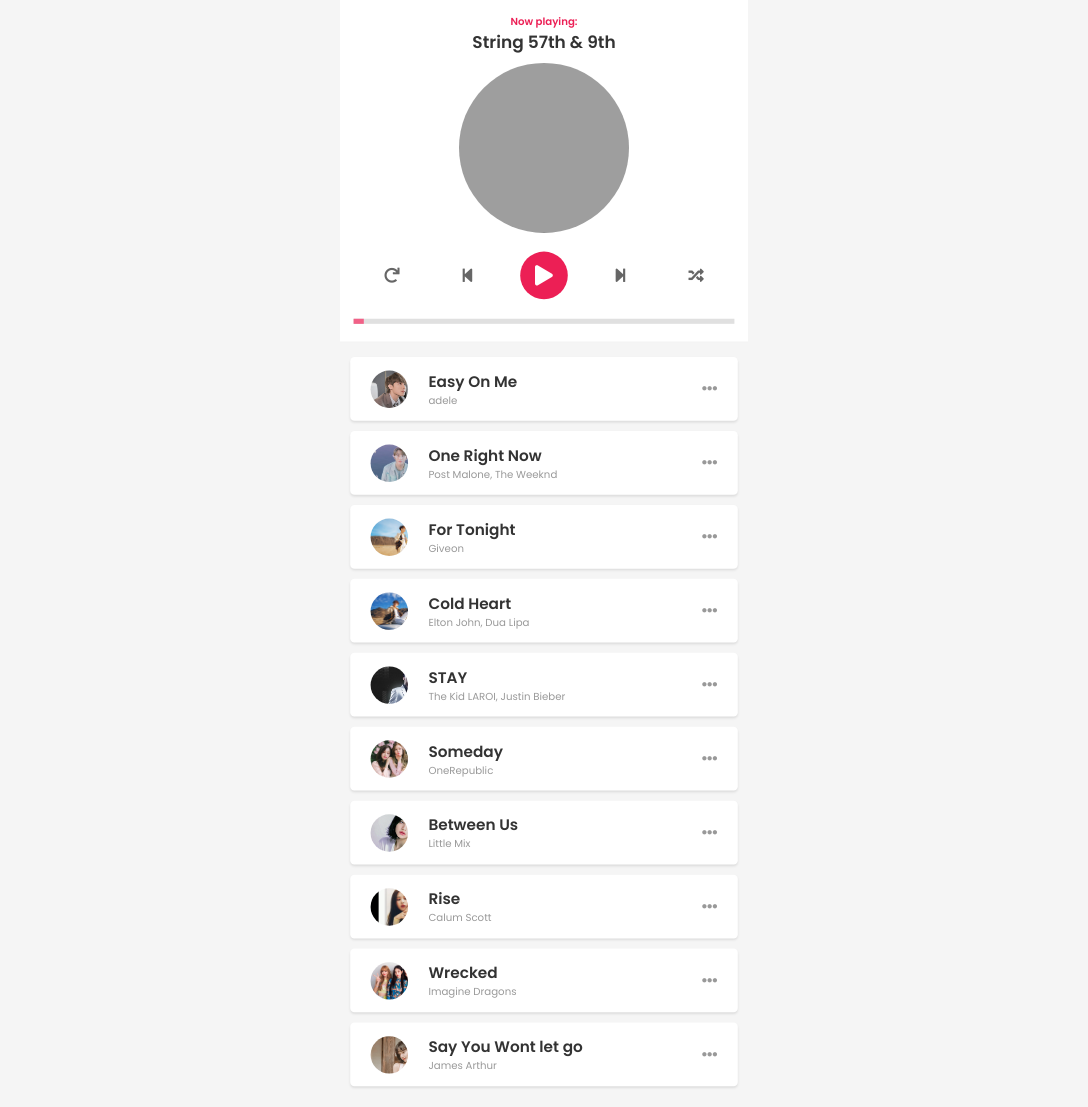
Repository: maivannhan1998/MusicPlayer.github.io
Page: index.html
An editor plug-in stored every save of this project. The page is shown before and after a run of saves, followed by the edit.
The browser window is 1280 px wide. The pictures show the whole page, at 85% of full size.
Pictures or frames that could not be fetched are drawn as grey boxes.

Above is the page before, as saved 2021-11-09 11:21:46.

After the next 2 saves:
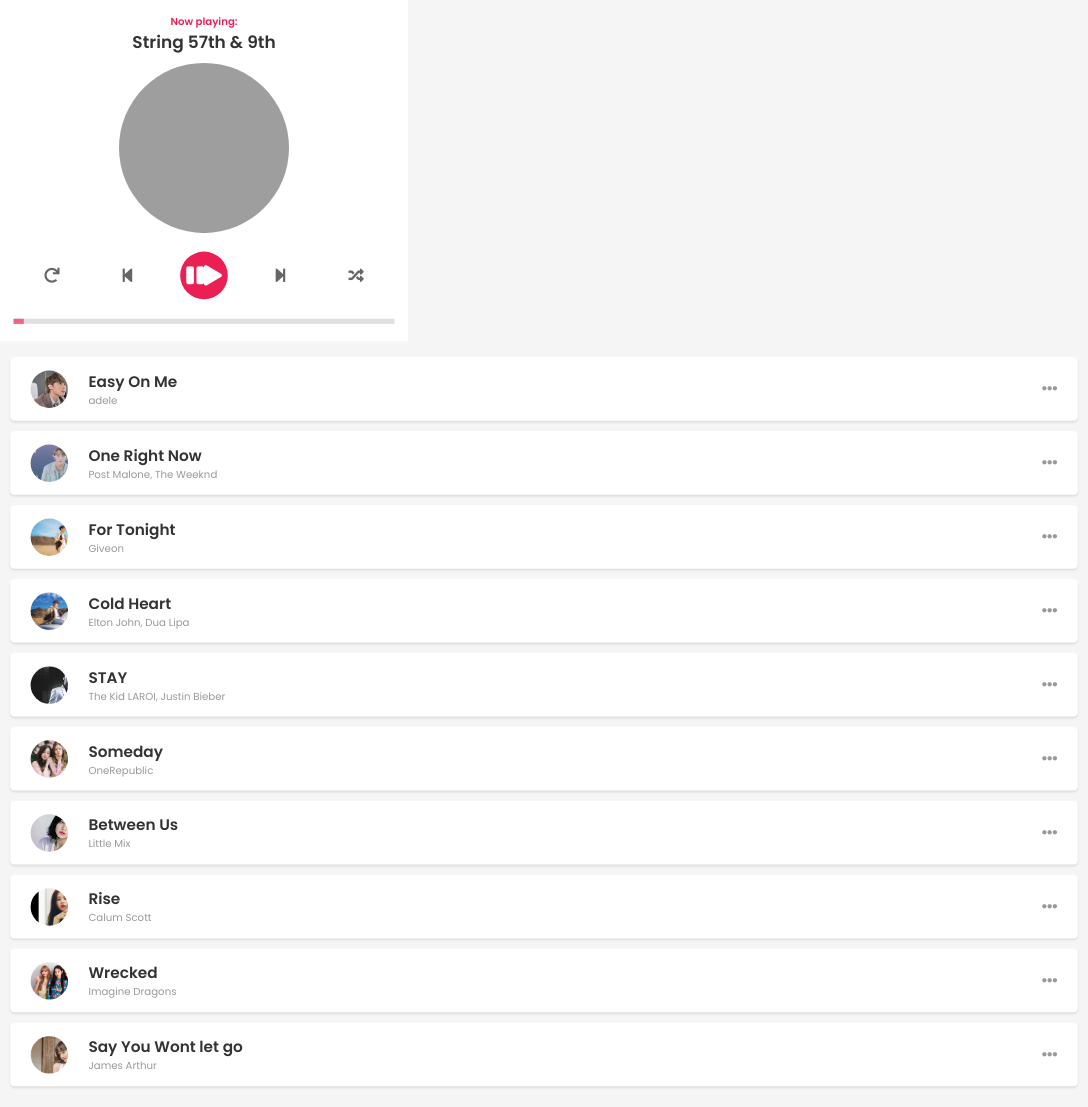
The 2 saves are shown as one change because they came seconds apart.
The last was saved 8 s later.
--- a/index.html
+++ b/index.html
@@ -11,7 +11,7 @@
     <link href="https://fonts.googleapis.com/css2?family=Poppins:wght@300;400;600&display=swap" rel="stylesheet">
 </head>
 <body>
-    <div class="player this.currentIndex]">
+    <div class=" playing">
         <!-- Dashboard -->
         <div class="dashboard">
           <!-- Header -->

After the save that followed:
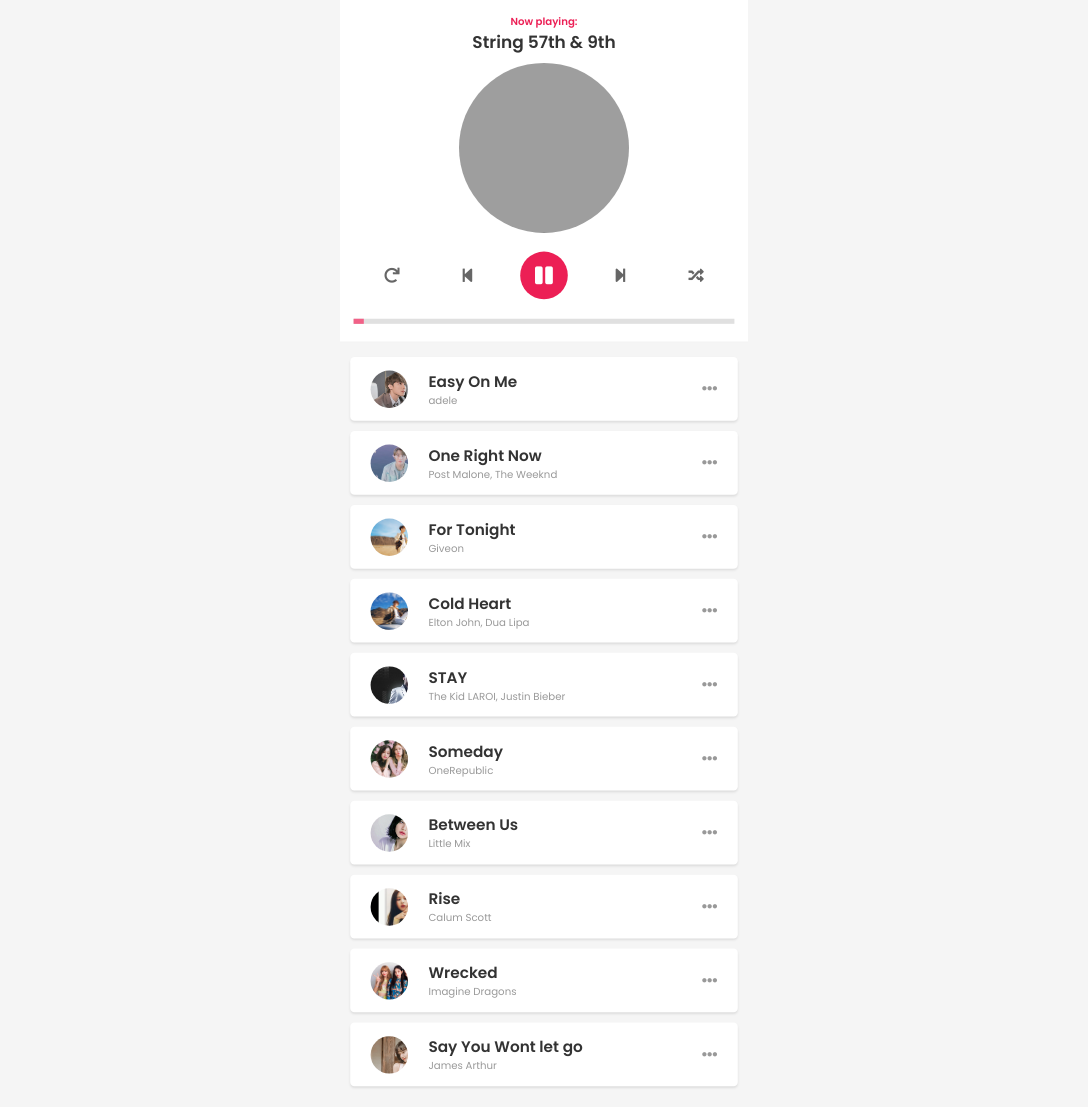
Saved 23 s later.
--- a/index.html
+++ b/index.html
@@ -11,7 +11,7 @@
     <link href="https://fonts.googleapis.com/css2?family=Poppins:wght@300;400;600&display=swap" rel="stylesheet">
 </head>
 <body>
-    <div class=" playing">
+    <div class="player playing">
         <!-- Dashboard -->
         <div class="dashboard">
           <!-- Header -->
